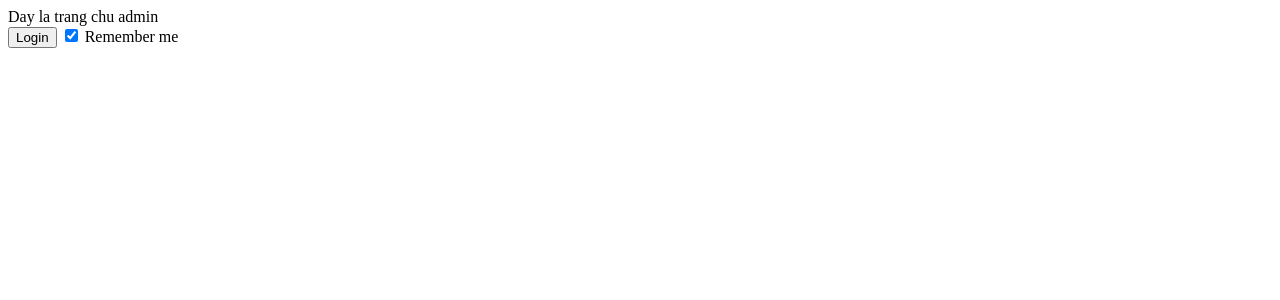
Repository: thuctrantrong/DBconnect
Page: http://localhost/LaptrinhData/admin/home
An editor plug-in stored every save of this project. The page is shown before and after the next save, followed by the edit.
The browser window is 1280 px wide. The pictures show the whole page.
The page is served by Tomcat 10.

Above is the page before, as saved 2024-09-14 06:27:53.

After the next save:
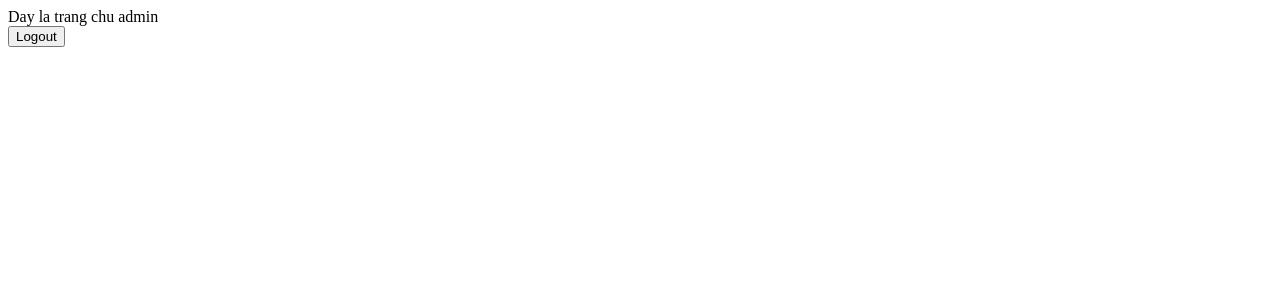
Saved 36 s later.
--- a/LaptrinhData/src/main/webapp/views/admin/home.jsp
+++ b/LaptrinhData/src/main/webapp/views/admin/home.jsp
@@ -10,10 +10,8 @@
 	Day la trang chu admin
 	<form action="/LaptrinhData/login" method="get">
 	<section>
-			<button type="submit">Login</button>
-			<label> <input type="checkbox" checked="checked"
-				name="remember"> Remember me
-			</label>
+			<button type="submit">Logout</button>
+
 
 		</section>
 </body>
